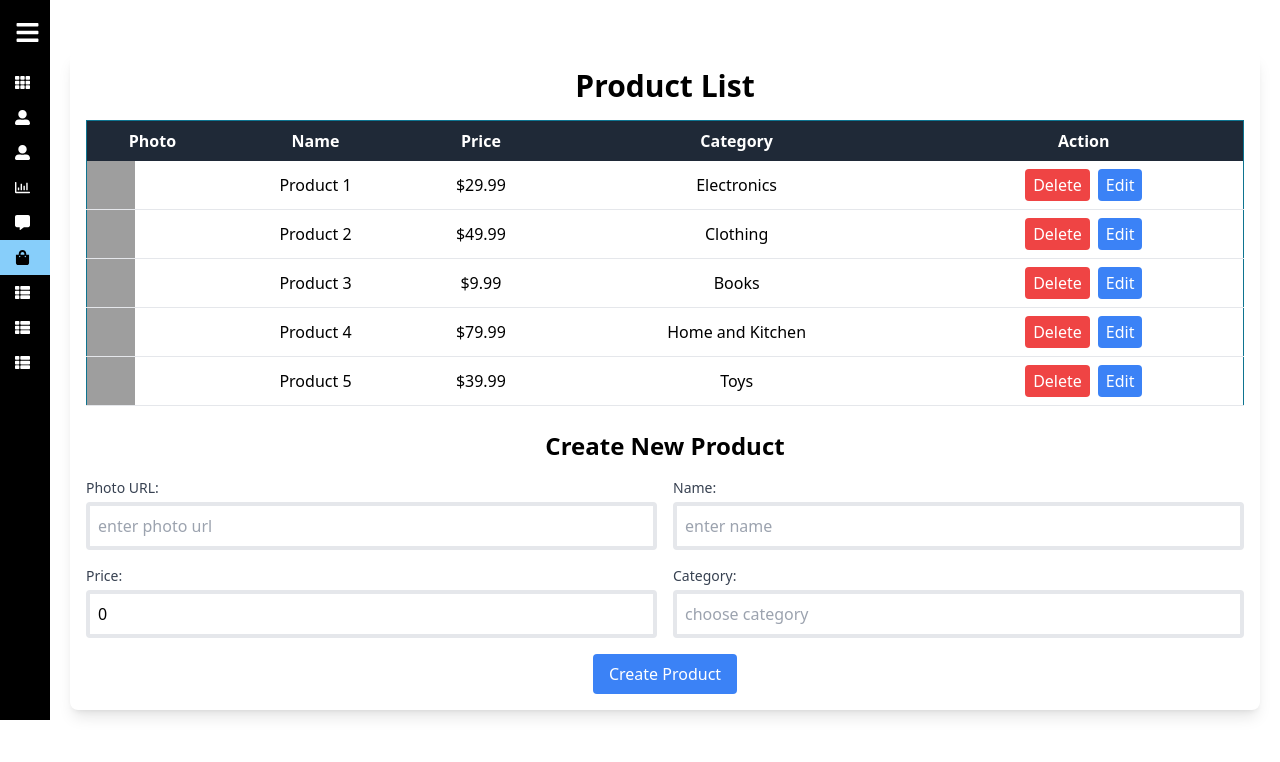
Repository: AndargWorku12/admin-dashboard
Page: /product
The author's editor kept a copy of each file at every save. The page is drawn from the files as they stood at one save, then again after the next save.
The browser window is 1280 px wide. The pictures show the whole page.
Pictures or frames that could not be fetched are drawn as grey boxes. The project was rebuilt for these pictures with package versions that can differ from the ones it lists, and the page was loaded fresh each time. Also part of the build but not shown: src/pages/Dashboard.tsx, src/pages/Orders.tsx, src/pages/Category.tsx, src/pages/Login.tsx, src/pages/Analytics.tsx, src/pages/CustemerReview.tsx, src/pages/ShopCard.tsx, src/pages/SignUpForm.tsx.

Above is the page before, as saved 2024-01-25 23:19:11.

### src/index.tsx
import { ColorModeScript } from "@chakra-ui/react"
import * as React from "react"
import * as ReactDOM from "react-dom/client"
import App from "./App"
import './index.css'

const container = document.getElementById("root")
if (!container) throw new Error('Failed to find the root element');
const root = ReactDOM.createRoot(container)

root.render(

  <React.StrictMode>
    <ColorModeScript />
    <App />
  </React.StrictMode>,

)

### src/App.tsx

import React, {useState} from 'react';
import { BrowserRouter, Route, Routes } from 'react-router-dom';
import Sidebar from './components/Sidebar';
import Dashboard from './pages/Dashboard';
// import SignUpForm from './pages/LoginPopup'
import Orders from './pages/Orders';
import Category from './pages/Category';
import Login from './pages/Login'
import Analytics from './pages/Analytics';
import CustemerReview from './pages/CustemerReview';
import ProductList from './pages/ProductList';
import ShopCard from './pages/ShopCard';
import './App.css'
import SignUpForm from './pages/SignUpForm';




type SaleData = {
  date: string;
  amount: number;
};

type RevenueData = {
  month: string;
  revenue: number;
};

type Product = {
    id: string;
    photo: string;
    name: string;
    price: number;
    category: string;
};

type Order = {
    id: string;
    productName: string;
    quantity: number;
    totalPrice: number;

};

type CategoryType = {
  id: string;
  photo:string;
  name: string;
};



// Sample props for components
type DashboardProps = {
  saleData: SaleData[];
  revenueData: RevenueData[];
  // ... other props
};

type AnalyticsProps = {
  salesData: SaleData[];
  // ... other props
};

type ProductProps = {
  products: Product[];
  onUpdate: (productId: string, updatedProduct: Product) => void;

};




type OrderProps = {
  orders: Order[];
  // ... other props
};

type CategoryProps = {
  categories: CategoryType[];
  // ... other props
};







const App: React.FC = () => {


// for the product page to handle
  const [products, setProducts] = useState<Product[]>([


    {
      id: '1',
      photo: 'https://img.ltwebstatic.com/images3_pi/2022/01/10/16417919016a32607182dd11dedeb77e8324b683e8_thumbnail_900x.webp',
      name: 'Product 1',
      price: 29.99,
      category: 'Electronics',
    },
    {
      id: '2',
      photo: 'https://img.ltwebstatic.com/images3_pi/2022/01/10/16417919016a32607182dd11dedeb77e8324b683e8_thumbnail_900x.webp',
      name: 'Product 2',
      price: 49.99,
      category: 'Clothing',
    },
    {
      id: '3',
      photo: 'https://img.ltwebstatic.com/images3_pi/2022/01/10/16417919016a32607182dd11dedeb77e8324b683e8_thumbnail_900x.webp',
      name: 'Product 3',
      price: 9.99,
      category: 'Books',
    },
    {
      id: '4',
      photo: 'https://img.ltwebstatic.com/images3_pi/2022/01/10/16417919016a32607182dd11dedeb77e8324b683e8_thumbnail_900x.webp',
      name: 'Product 4',
      price: 79.99,
      category: 'Home and Kitchen',
    },
    {
      id: '5',
      photo: 'https://img.ltwebstatic.com/images3_pi/2022/01/10/16417919016a32607182dd11dedeb77e8324b683e8_thumbnail_900x.webp',
      name: 'Product 5',
      price: 39.99,
      category: 'Toys',
    },



  ]);

  // Function to handle creating a new product
  const handleCreate = (newProduct: Product) => {
    setProducts((prevProducts) => [...prevProducts, newProduct]);
  };

  // Function to handle updating a product

  const handleUpdate = (productId: string, newName: string, newPrice: number) => {
    setProducts((prevProducts) =>
      prevProducts.map((product) =>
        product.id === productId
          ? { ...product, name: newName, price: newPrice }
          : product
      )
    );
  };



  // Function to handle deleting a product
  const handleDelete = (productId: string) => {
    setProducts((prevProducts) => prevProducts.filter((product) => product.id !== productId));
  };

//  for AnalyticsPage
// for category page


const [categories, setCategories] = useState<CategoryType[]>([
  {
    id: '1',
    photo: 'https://plus.unsplash.com/premium_photo-1661662850226-83c981ed4eba?w=500&auto=format&fit=crop&q=60&ixlib=rb-4.0.3&ixid=M3wxMjA3fDB8MHxzZWFyY2h8MXx8bGFwdG9wJTIwY29tcHV0ZXJ8ZW58MHx8MHx8fDA%3D',
    name: 'Category 1',
  },
  {
    id: '2',
    photo: 'https://plus.unsplash.com/premium_photo-1661662850226-83c981ed4eba?w=500&auto=format&fit=crop&q=60&ixlib=rb-4.0.3&ixid=M3wxMjA3fDB8MHxzZWFyY2h8MXx8bGFwdG9wJTIwY29tcHV0ZXJ8ZW58MHx8MHx8fDA%3D',
    name: 'Category 2',
  },
  {
    id: '3',
    photo: 'https://plus.unsplash.com/premium_photo-1661662850226-83c981ed4eba?w=500&auto=format&fit=crop&q=60&ixlib=rb-4.0.3&ixid=M3wxMjA3fDB8MHxzZWFyY2h8MXx8bGFwdG9wJTIwY29tcHV0ZXJ8ZW58MHx8MHx8fDA%3D',
    name: 'Category 3',
  },
  {
    id: '4',
    photo: 'https://plus.unsplash.com/premium_photo-1661662850226-83c981ed4eba?w=500&auto=format&fit=crop&q=60&ixlib=rb-4.0.3&ixid=M3wxMjA3fDB8MHxzZWFyY2h8MXx8bGFwdG9wJTIwY29tcHV0ZXJ8ZW58MHx8MHx8fDA%3D',
    name: 'Category 4',
  },

]);

// Function to handle creating a new category
const handleCreateCategory = (newCategory: CategoryType) => {
  setCategories((prevCategories) => [...prevCategories, newCategory]);
};

const handleUpdateCategory = (categoryId: string, newName: string) => {
  setCategories((prevCategories) =>
    prevCategories.map((category) =>
      category.id === categoryId ? { ...category, name: newName } : category
    )
  );
};

// Function to handle deleting a category
const handleDeleteCategory = (categoryId: string) => {
  setCategories((prevCategories) => prevCategories.filter((category) => category.id !== categoryId));
};

  const saleData: SaleData[] = [
    { date: '2022-01-01', amount: 100 },
    { date: '2022-01-02', amount: 150 },
    { date: '2022-01-03', amount: 200 },
    { date: '2022-01-04', amount: 120 },
    { date: '2022-01-05', amount: 180 },
    { date: '2022-01-06', amount: 90 },
    { date: '2022-01-07', amount: 110 },
    { date: '2022-01-08', amount: 130 },
    { date: '2022-01-09', amount: 170 },
    { date: '2022-01-10', amount: 160 },
  ];

  const revenueData: RevenueData[] = [
    { month: 'January', revenue: 500 },
    { month: 'February', revenue: 700 },
    { month: 'March', revenue: 600 },
    { month: 'April', revenue: 800 },
    { month: 'May', revenue: 900 },
    { month: 'June', revenue: 750 },
    { month: 'July', revenue: 850 },
    { month: 'August', revenue: 950 },
    { month: 'September', revenue: 700 },
    { month: 'October', revenue: 850 },
  ];


   const [orders, setOrders] = useState<Order[]>([
    {
      id: '1',
      productName: 'Laptop',
      quantity: 2,
      totalPrice: 2000,
    },
    {
      id: '2',
      productName: 'Smartphone',
      quantity: 3,
      totalPrice: 1200,
    },
    {
      id: '3',
      productName: 'Headphones',
      quantity: 1,
      totalPrice: 100,
    },
    {
      id: '4',
      productName: 'Camera',
      quantity: 1,
      totalPrice: 800,
    },

   ]);

  // Function to create a new order
  const handleCreateOrder = (newOrder: Order) => {
    setOrders((prevOrders) => [...prevOrders, newOrder]);
  };

  // Function to delete an order
  const handleDeleteOrder = (orderId: string) => {
    const updatedOrders = orders.filter(order => order.id !== orderId);
    setOrders(updatedOrders);
  };

  // Function to update an order
  const handleUpdateOrder = (orderId: string, updatedOrder: Order) => {
    // Placeholder implementation: Updating the order in the list
    setOrders((prevOrders) =>
      prevOrders.map((order) =>
        order.id === orderId ? { ...order, ...updatedOrder } : order
      )
    );
  };

  return (
    <BrowserRouter>
    <Sidebar>
      <Routes>
        <Route path="/" element={<Dashboard saleData={saleData} revenueData={revenueData} />} />
        <Route path="/dashboard" element={<Dashboard saleData={saleData} revenueData={revenueData} />} />
       <Route path="/login" element={<Login/>}/>
        <Route path="/signup" element={<SignUpForm />} />
        <Route path="/review"element={<CustemerReview username="John" joinedDate="2022-01-01" reviewDate="2022-01-15" reviewText="Lorem ipsum" />}
/>

        <Route path="/analytics" element={<Analytics saleData={saleData} />} />
        <Route
  path="/product"
  element={<ProductList products={products} onCreate={handleCreate} onDelete={handleDelete} onUpdate={handleUpdate} />}
/>
        <Route path="/shop" element={<ShopCard />} />
        <Route
        path="/orders"
        element={
          <Orders
  orders={orders}
  onCreateOrder={handleCreateOrder}
  onDeleteOrder={handleDeleteOrder}
  onUpdateOrder={handleUpdateOrder}
/>
        }
      />

        <Route
            path="/category"
            element={<Category categories={categories} onCreate={handleCreateCategory} onDelete={handleDeleteCategory} onUpdate={handleUpdateCategory} />}
          />

      </Routes>
    </Sidebar>
  </BrowserRouter>
  );
};

export default App;

### src/components/Sidebar.tsx
import React, { useState } from 'react';
import ReactNode from "react";
import {
    FaTh,
    FaBars,
    FaUserAlt,
    FaRegChartBar,
    FaCommentAlt,
    FaShoppingBag,
    FaThList
} from 'react-icons/fa';
import { NavLink, NavLinkProps } from 'react-router-dom';



interface MenuItem {
    path: string;
    name: string;
    icon: JSX.Element;
}

interface SidebarProps {
  children: React.ReactNode;
}
    const Sidebar: React.FC<React.PropsWithChildren<{}>> = ({ children }) => {
    const [isOpen, setIsOpen] = useState(false);

    const toggle = () => setIsOpen(!isOpen);

    const menuItems: MenuItem[] = [
        {
            path: '/',
            name: 'Dashboard',
            icon: <FaTh />,
        },
        {
            path: '/login',
            name: 'Login',
            icon: <FaUserAlt />,
        },
        {
          path: '/signup',
          name: 'Register form',
          icon: <FaUserAlt />,
      },
        {
            path: '/analytics',
            name: 'Analytics',
            icon: <FaRegChartBar />,
        },
        {
            path: '/review',
            name: 'CustemerReview',
            icon: <FaCommentAlt />,
        },
        {
            path: '/product',
            name: 'Product',
            icon: <FaShoppingBag />,
        },
        {
            path: '/category',
            name: 'Category List',
            icon: <FaThList />,
        },
        {
          path: '/orders',
          name: 'Orders',
          icon: <FaThList />,
      },
      {
        path: '/shop',
        name: 'Sample product',
        icon: <FaThList />,
    },
    ];

    return (
        <div className="container">
            <div style={{ width: isOpen ? '200px' : '50px' }} className="sidebar">
                <div className="top_section">
                    <h1 style={{ display: isOpen ? 'block' : 'none' }} className="logo">
                        Logo
                    </h1>
                    <div style={{ marginLeft: isOpen ? '50px' : '0px' }} className="bars">
                        <FaBars onClick={toggle} />
                    </div>
                </div>
                {menuItems.map((item, index) => (
                    <NavLink to={item.path} key={index} className="link"
                    //  activeClassName="active"
                     >
                        <div className="icon">{item.icon}</div>
                        <div style={{ display: isOpen ? 'block' : 'none' }} className="link_text text-sm">
                            {item.name}
                        </div>
                    </NavLink>
                ))}
            </div>
            <main>{children}</main>
        </div>
    );
};

export default Sidebar;

### src/pages/ProductList.tsx
import React, { useState } from 'react';

interface Product {
  id: string;
  photo: string;
  name: string;
  price: number;
  category: string;
}

interface ProductListProps {
  products: Product[];
  onCreate: (newProduct: Omit<Product, 'id'> & { id?: string }) => void;
  onDelete: (productId: string) => void;
  onUpdate: (productId: string, newName: string, newPrice: number) => void;
}

const ProductList: React.FC<ProductListProps> = ({ products, onCreate, onDelete, onUpdate }) => {
  const [newProduct, setNewProduct] = useState<Omit<Product, 'id'> & { id?: string }>({
    photo: '',
    name: '',
    price: 0,
    category: '',
  });
  const [editingProduct, setEditingProduct] = useState<Product | null>(null);

  const handleCreateProduct = () => {
    onCreate({ ...newProduct, id: Date.now().toString() });
    setNewProduct({
      photo: '',
      name: '',
      price: 0,
      category: '',
    });
  };

  const handleUpdateProduct = () => {
    if (editingProduct) {
      onUpdate(editingProduct.id, editingProduct.name, editingProduct.price);
      setEditingProduct(null);
    }
  };

  const handleDeleteProduct = (id: string) => {
    onDelete(id);
  };

  const handleEditProduct = (product: Product) => {
    setEditingProduct(product);
  };

  return (
    <div className="container mx-auto my-8 p-4 bg-white shadow-lg rounded-lg block gap-64 text-center">
      <h2 className="text-3xl font-bold mb-4">Product List</h2>
      <table className="w-full border border-cyan-700 w-max-80">
        <thead>
          <tr className=' bg-gray-800 text-white'>
            <th className="py-2">Photo</th>
            <th className="py-2">Name</th>
            <th className="py-2">Price</th>
            <th className="py-2">Category</th>
            <th className="py-2">Action</th>
          </tr>
        </thead>
        <tbody>
          {products.map((product) => (
            <tr key={product.id} className="border-b">
              <td>
                <img src={product.photo} alt={product.name} className="w-12 h-12 object-cover" />
              </td>
              <td className="py-2">{product.name}</td>
              <td className="py-2">${product.price.toFixed(2)}</td>
              <td className="py-2">{product.category}</td>
              <td className="py-2">
                <button
                  onClick={() => handleDeleteProduct(product.id)}
                  className="bg-red-500 text-white px-2 py-1 rounded mr-2"
                >
                  Delete
                </button>
                <button
                  onClick={() => handleEditProduct(product)}
                  className="bg-blue-500 text-white px-2 py-1 rounded"
                >
                  Edit
                </button>
              </td>
            </tr>
          ))}
        </tbody>
      </table>

      <h2 className="text-2xl font-bold mt-6 mb-4">
        {editingProduct ? 'Edit Product' : 'Create New Product'}
      </h2>
      <div className="grid grid-cols-2 gap-4 text-start">
        <div>
          <label htmlFor="productPhoto" className="block text-sm font-medium text-gray-700">
            Photo URL:
          </label>
          <input
            type="text"
            id="productPhoto"
            placeholder='enter photo url'
            value={editingProduct ? editingProduct.photo : newProduct.photo}
            onChange={(e) =>
              editingProduct
                ? setEditingProduct({ ...editingProduct, photo: e.target.value })
                : setNewProduct({ ...newProduct, photo: e.target.value })
            }
            className="mt-1 p-2 border-4 rounded w-full"
          />
        </div>
        <div>
          <label htmlFor="productName" className="block text-sm font-medium text-gray-700">
            Name:
          </label>
          <input
            type="text"
            id="productName"
            placeholder='enter name'
            value={editingProduct ? editingProduct.name : newProduct.name}
            onChange={(e) =>
              editingProduct
                ? setEditingProduct({ ...editingProduct, name: e.target.value })
                : setNewProduct({ ...newProduct, name: e.target.value })
            }
            className="mt-1 p-2 border-4 rounded w-full"
          />
        </div>
        <div>
          <label htmlFor="productPrice" className="block text-sm font-medium text-gray-700">
            Price:
          </label>
          <input
            type="number"
            id="productPrice"
            placeholder='enter price'
            value={editingProduct ? editingProduct.price : newProduct.price}
            onChange={(e) =>
              editingProduct
                ? setEditingProduct({ ...editingProduct, price: +e.target.value })
                : setNewProduct({ ...newProduct, price: +e.target.value })
            }
            className="mt-1 p-2 border-4 rounded w-full"
          />
        </div>
        <div>
          <label htmlFor="productCategory" className="block text-sm font-medium text-gray-700">
            Category:
          </label>
          <input
            type="text"
            id="productCategory"
            placeholder='choose category'
            value={editingProduct ? editingProduct.category : newProduct.category}
            onChange={(e) =>
              editingProduct
                ? setEditingProduct({ ...editingProduct, category: e.target.value })
                : setNewProduct({ ...newProduct, category: e.target.value })
            }
            className="mt-1 p-2 border-4  rounded w-full"
          />
        </div>
      </div>
      <button
        onClick={editingProduct ? handleUpdateProduct : handleCreateProduct}
        className="mt-4 bg-blue-500 text-white px-4 py-2 rounded"
      >
        {editingProduct ? 'Update Product' : 'Create Product'}
      </button>
    </div>
  );
};

export default ProductList;

### src/App.css
* {
    margin: 0;
    padding: 0;
    text-decoration: none;
}

.container {
    display: flex;
}

main {
    width: 100%;
    padding: 20px;
}

.sidebar {
    background: #000;
    color: #fff;
    height: 100vh;
    width: 200px;
    transition: all 0.5s;
}

.top_section {
    display: flex;
    align-items: center;
    padding: 20px 15px;
}

.logo {
    font-size: 30px;
}

.bars {
    display: flex;
    font-size: 25px;
    margin-left: 50px;
}

.link {
    display: flex;
    color: #fff;
    padding: 10px 15px;
    gap: 15px;
    transition: all 0.5s;
}

.link:hover {
    background: lightskyblue;
    color: #000;
    transition: all 0.5s;
}

.active {
    background: lightskyblue;
    color: #000;
}

.icon,
.link_text {
    font-size: 15px;
}

Loaded but not shown: public/index.html (common file); src/index.css (common file); tailwind.config.js (common file)

After the next save:
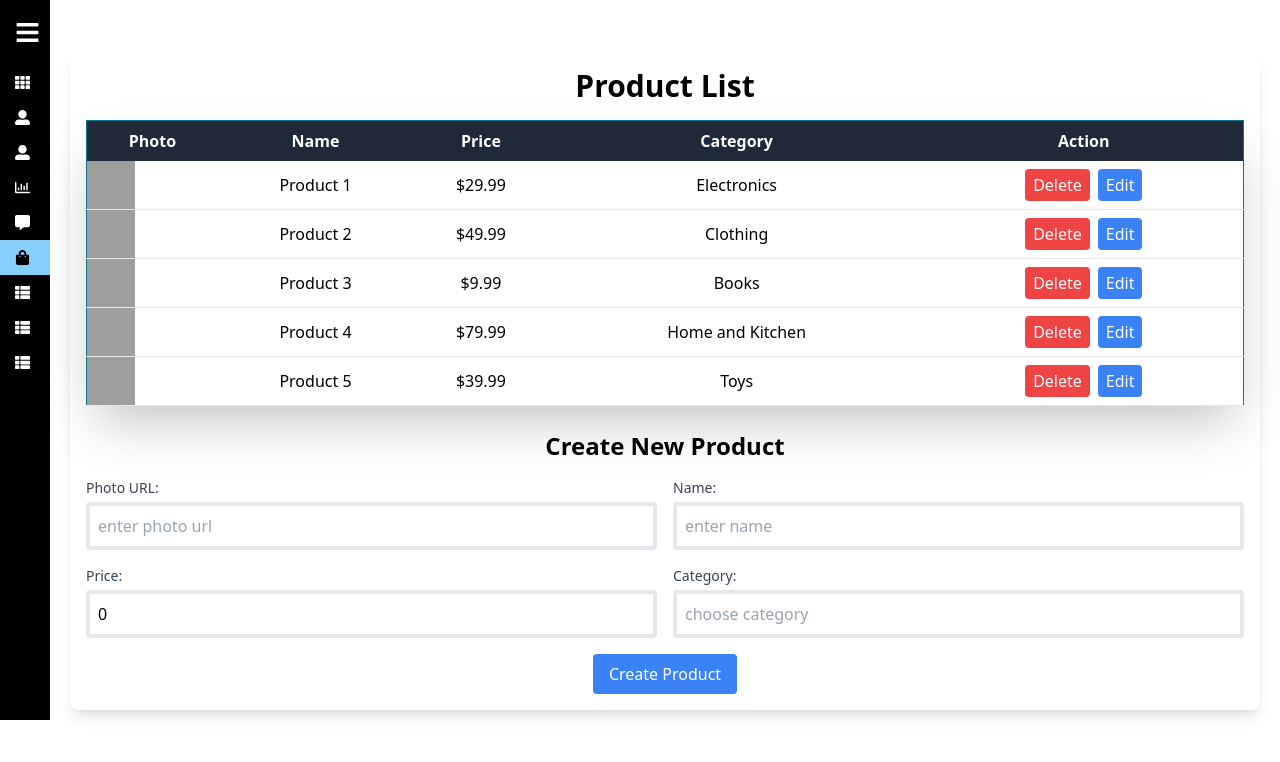
Saved 3 min 24 s later.
--- a/src/pages/ProductList.tsx
+++ b/src/pages/ProductList.tsx
@@ -52,7 +52,7 @@ const ProductList: React.FC<ProductListProps> = ({ products, onCreate, onDelete,
   return (
     <div className="container mx-auto my-8 p-4 bg-white shadow-lg rounded-lg block gap-64 text-center">
       <h2 className="text-3xl font-bold mb-4">Product List</h2>
-      <table className="w-full border border-cyan-700 w-max-80">
+      <table className="w-full border border-cyan-700 w-max-80 shadow-2xl">
         <thead>
           <tr className=' bg-gray-800 text-white'>
             <th className="py-2">Photo</th>
